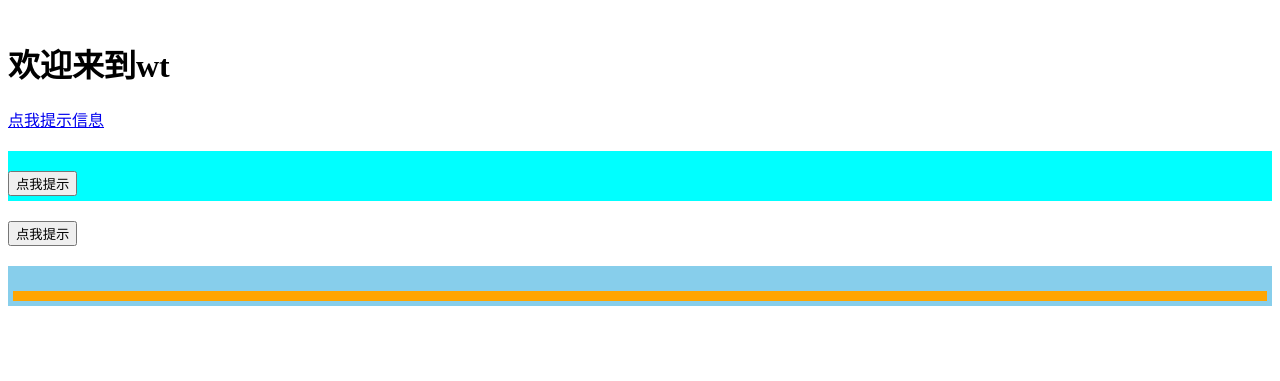
Repository: reggiepy/vueLeaning
Page: 07 事件处理/2 事件修饰符.html
An editor plug-in stored every save of this project. The page is shown before and after the next save, followed by the edit.
The browser window is 1280 px wide. The pictures show the whole page.

Above is the page before, as saved 2021-12-05 18:35:01.

After the next save:
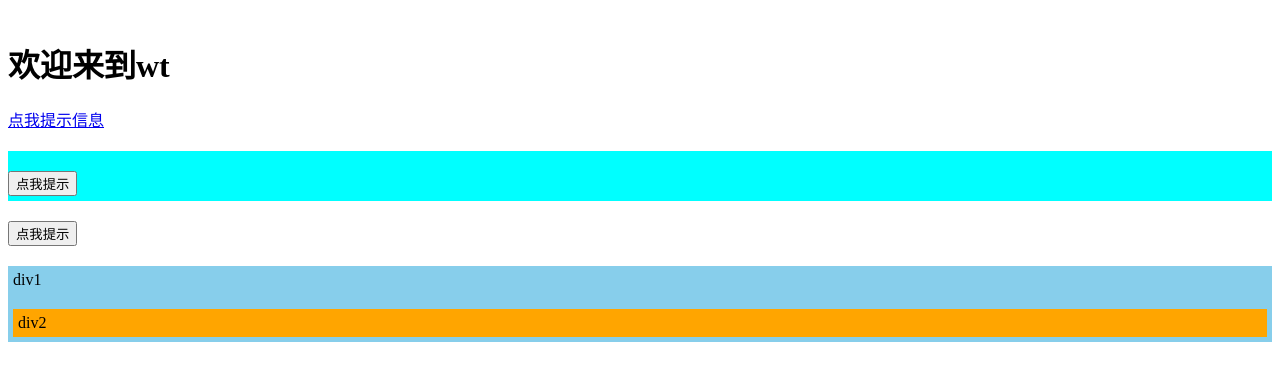
Saved 18 s later.
--- a/07 事件处理/2 事件修饰符.html
+++ b/07 事件处理/2 事件修饰符.html
@@ -34,7 +34,8 @@
         <button @click.once="showInfo">点我提示</button>
 
         <div class="box1">
-            <div class="box2"></div>
+            div1
+            <div class="box2">div2</div>
         </div>
     </div>
 </body>
